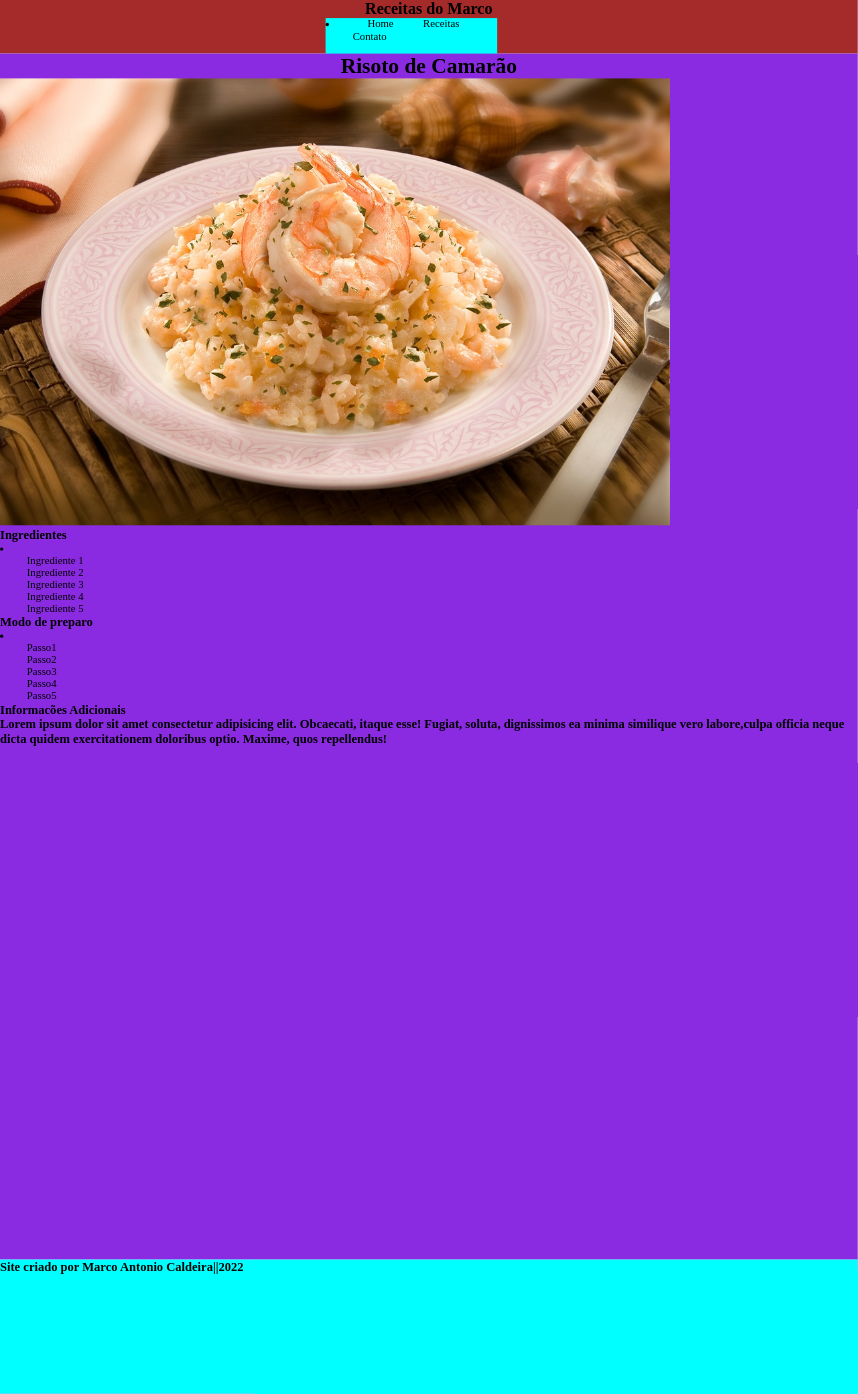
Repository: MarcoantonioCaldeira/Aprendizados-e-Conhecimentos
Page: Receitas da Casa/index.html
The author's editor kept a copy of each file at every save. The page is drawn from the files as they stood at one save, then again after the next save.
The browser window is 1280 px wide. The pictures show the whole page, at 67% of full size.

Above is the page before, as saved 2022-05-25 23:46:41.

### Receitas da Casa/index.html
<!DOCTYPE html>
<html>
    <head>
    <meta charset="utf-8">
    <title>Receitas do Marco</title>
    <link rel="stylesheet" text="css" href="css/estilo.css">
    <style>

    </style>
    </head>
    <body>
        <header id="topo">
            <nav>
               <h1>Receitas do Marco</h1>
               <li class="li-topo">
                  <ul class="ul-topo" href="#">Home</ul>
                  <ul class="ul-topo" href="#">Receitas</ul>
                  <ul class="ul-topo" href="#">Contato</ul>
                </li>
            </nav>
        </header>
        <main id="corpo">
            <h1>Risoto de Camarão</h1>
            <figure>
                <img src="imagens/imagem_receita.jpg">
            </figure>
            <article>
                <h3>Ingredientes</h3>
               <li>
                   <ul>Ingrediente 1</ul>
                   <ul>Ingrediente 2</ul>
                   <ul>Ingrediente 3</ul>
                   <ul>Ingrediente 4</ul>
                   <ul>Ingrediente 5</ul>
               </li>


               <h3>Modo de preparo</h3>
               <li>
                   <ul>Passo1</ul>
                   <ul>Passo2</ul>
                   <ul>Passo3</ul>
                   <ul>Passo4</ul>
                   <ul>Passo5</ul>
               </li>


                <h3>Informacões Adicionais</h3>

                <h3>Lorem ipsum dolor sit amet consectetur adipisicing elit. Obcaecati, itaque esse!
                   Fugiat, soluta, dignissimos ea minima similique vero labore,culpa officia neque dicta
                   quidem exercitationem doloribus optio. Maxime, quos repellendus!</h3>
            </article>
        </main>
        <footer id="rodape">
                <div class="agradecimentos-rodape">
                    <h3>Site criado por Marco Antonio Caldeira||2022</h3>
                </div>
        </footer>
    </body>
</html>

### Receitas da Casa/css/estilo.css
*{
    margin: 0;
}



h1{
    text-align: center;
}

#topo{
    width: 100%;
    background-color: brown;
    height: 80px;
}


#corpo{
    width: 100%;
    height: 1800px;
    background-color: blueviolet;
}

#rodape{
    background-color: aqua;
    width: 100%;
    height: 200px;
}

.li-topo{
    background-color: aqua;
    height: 100px;
    width: 20%;
    margin-left: 38%;
}

.ul-topo{
    display: inline;
}

After the next save:
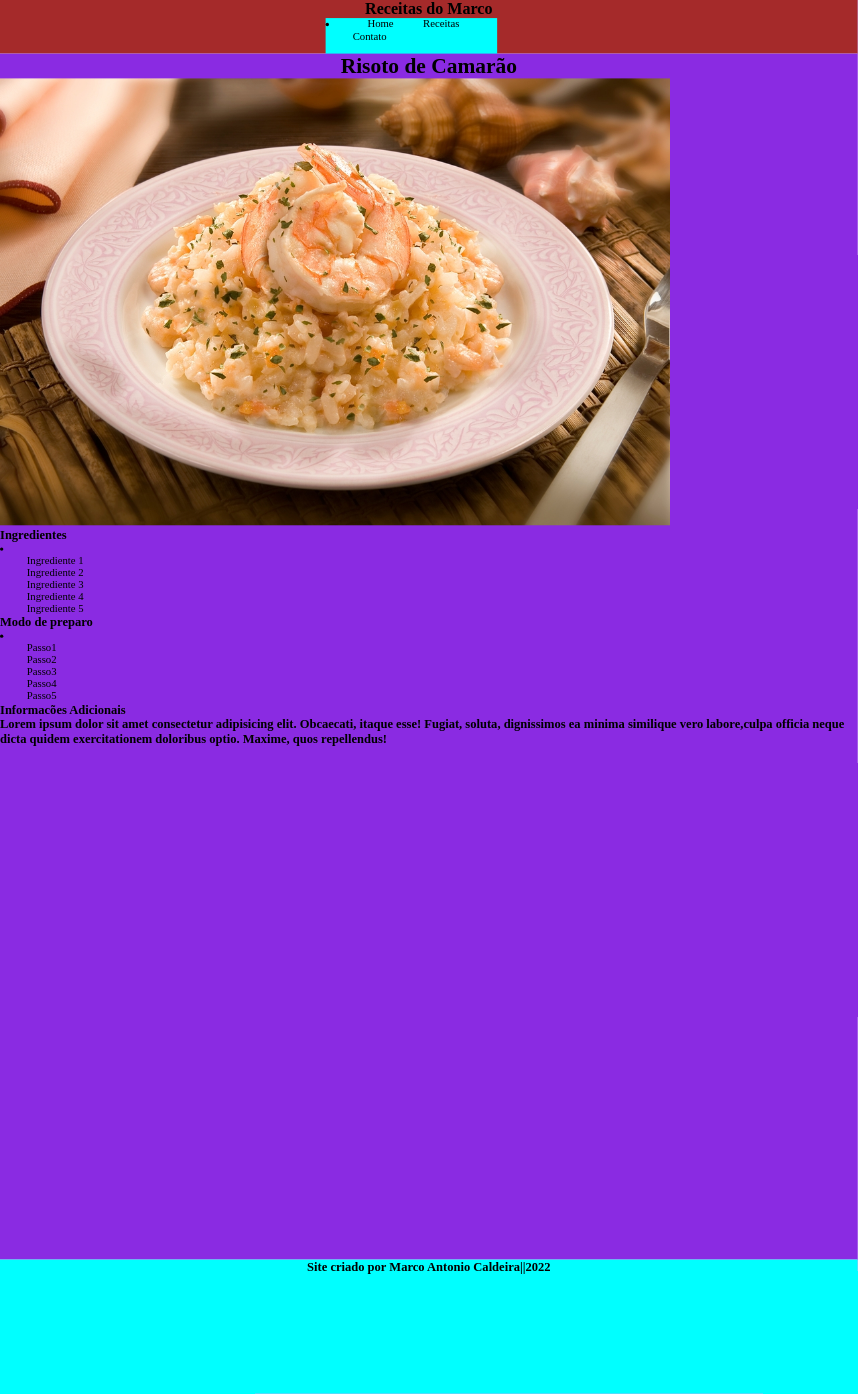
Saved 47 s later.
--- a/Receitas da Casa/css/estilo.css
+++ b/Receitas da Casa/css/estilo.css
@@ -27,6 +27,10 @@
     height: 200px;
 }
 
+.agradecimentos-rodape{
+    text-align: center;
+}
+
 .li-topo{
     background-color: aqua;
     height: 100px;

After the 2 saves that followed:
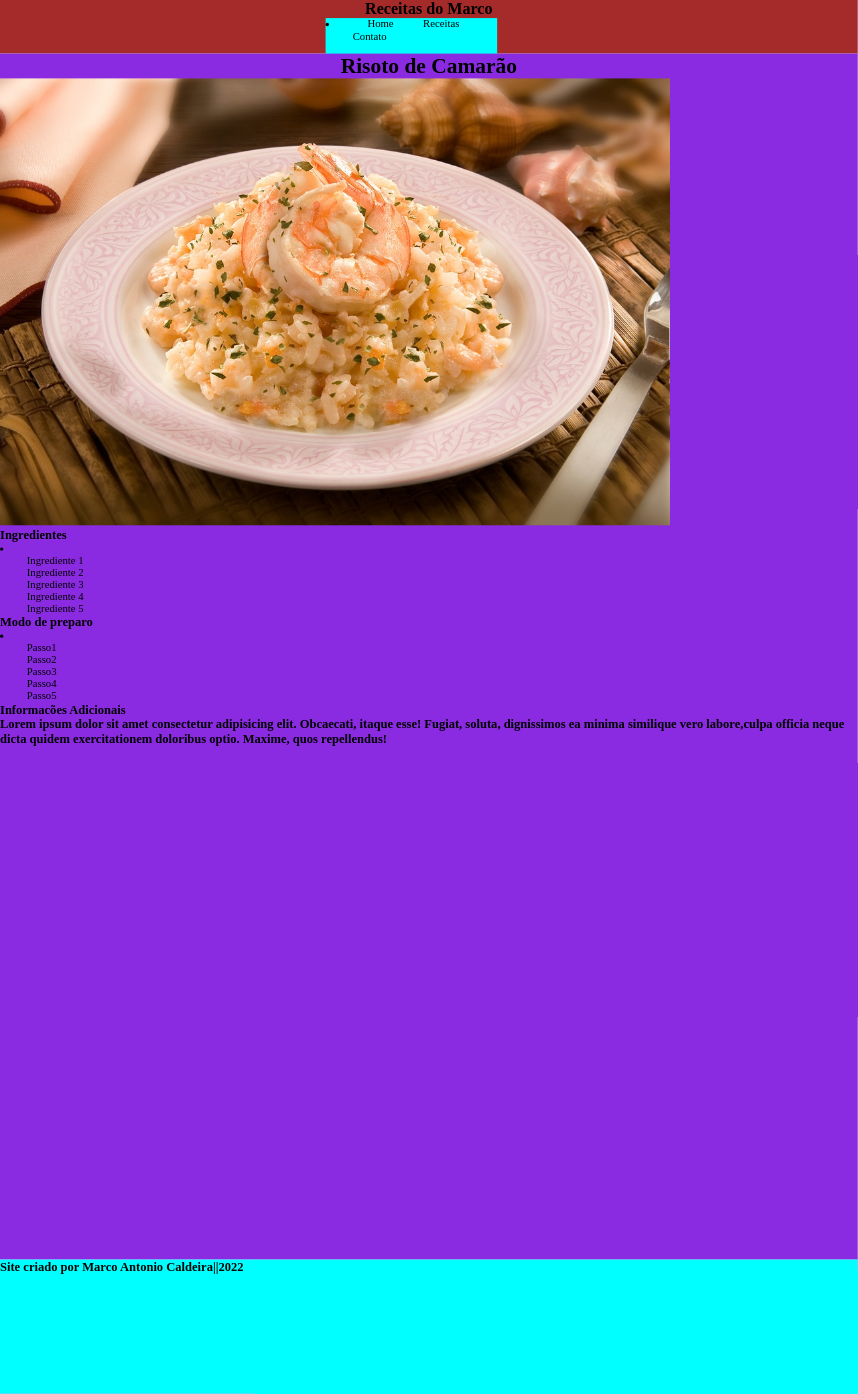
The 2 saves are shown as one change because 1 left the picture as it was.
The last was saved 23 s later.
--- a/Receitas da Casa/css/estilo.css
+++ b/Receitas da Casa/css/estilo.css
@@ -28,7 +28,8 @@
 }
 
 .agradecimentos-rodape{
-    text-align: center;
+    margin-top: 38;
+
 }
 
 .li-topo{
